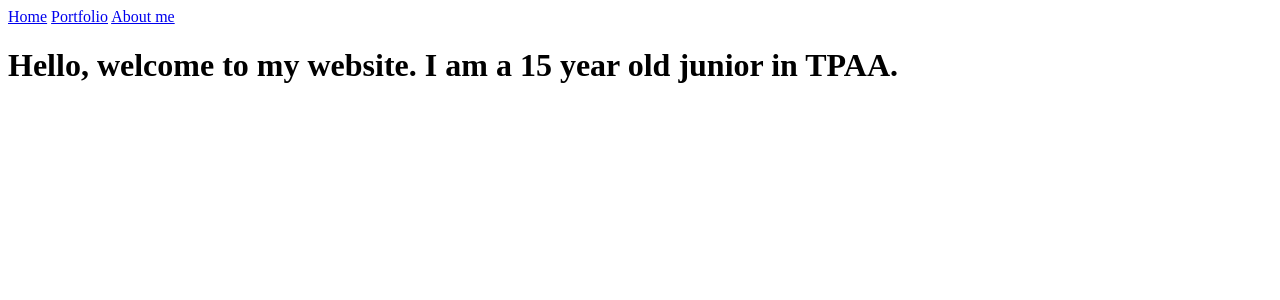
Repository: Cedric-floressantos/Cedric-floressantos.github.io
Page: my_website/Aboutme.html
The author's editor kept a record of every edit. The page is drawn from the files as they stood at one moment, then again after the next edit.
The browser window is 1280 px wide. The pictures show the whole page.

Above is the page before.

After the next edit:
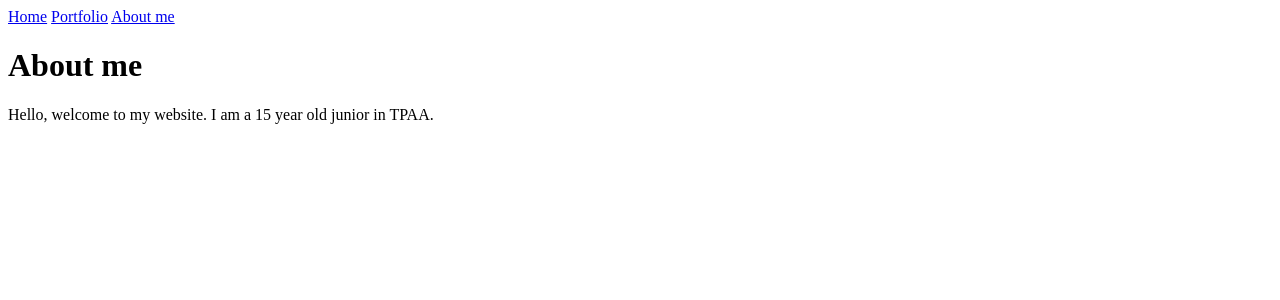
The edit:
--- a/my_website/Aboutme.html
+++ b/my_website/Aboutme.html
@@ -8,7 +8,8 @@
     <a href="index.html">Home</a>
     <a href="portfolio.html">Portfolio</a>
     <a href="Aboutme.html">About me</a>
-    <h1>Hello, welcome to my website. I am a 15 year old junior in TPAA.</h1>
+    <h1>About me</h1>
+    <p>Hello, welcome to my website. I am a 15 year old junior in TPAA.<p>
     <br>
     </a>
 	  </body>
